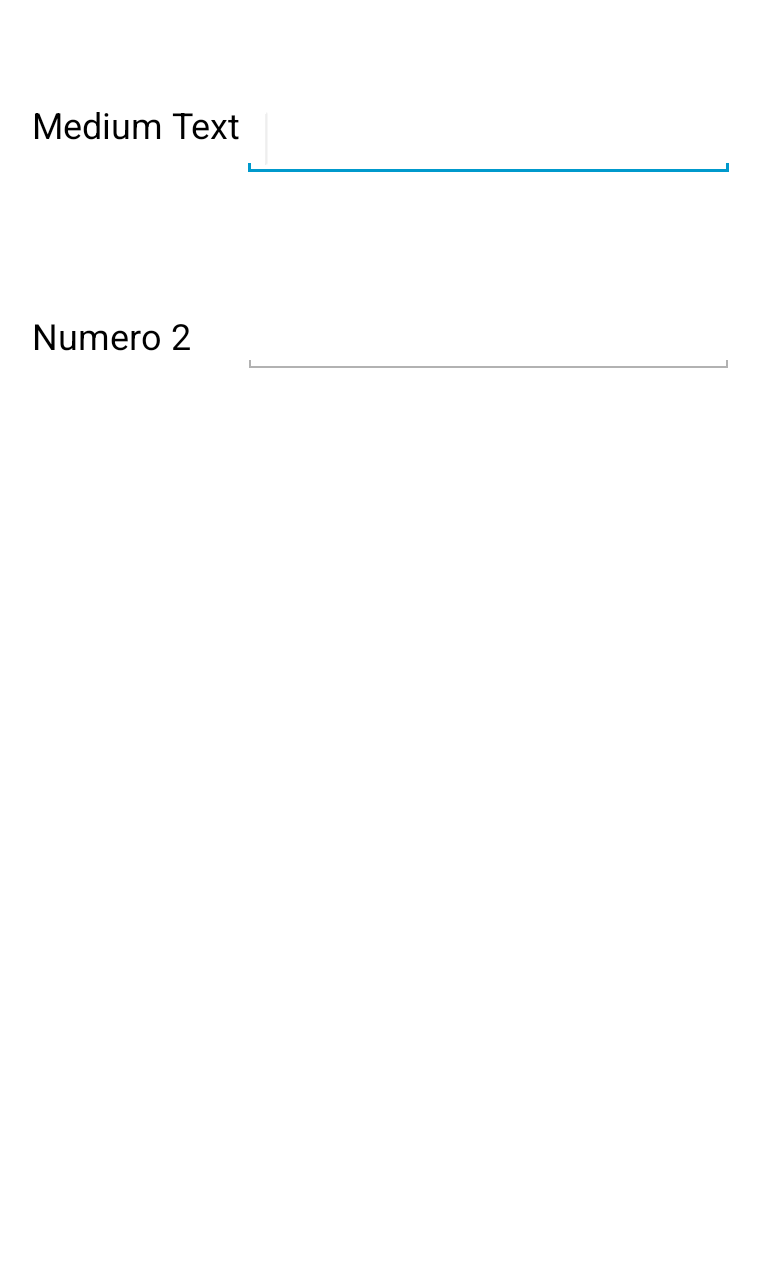
Repository: evervasquez/CursoAndroid
Layout: Precalculadora/res/layout/fragment_main.xml
An editor plug-in stored every save of this project. The layout is shown before and after the next save, followed by the edit.
It is drawn on a 768 x 1280 px phone screen (xhdpi) without system bars, with theme AppTheme; the app's code is not run.

Above is the layout before, as saved 2014-04-29 03:24:02.

After the next save:
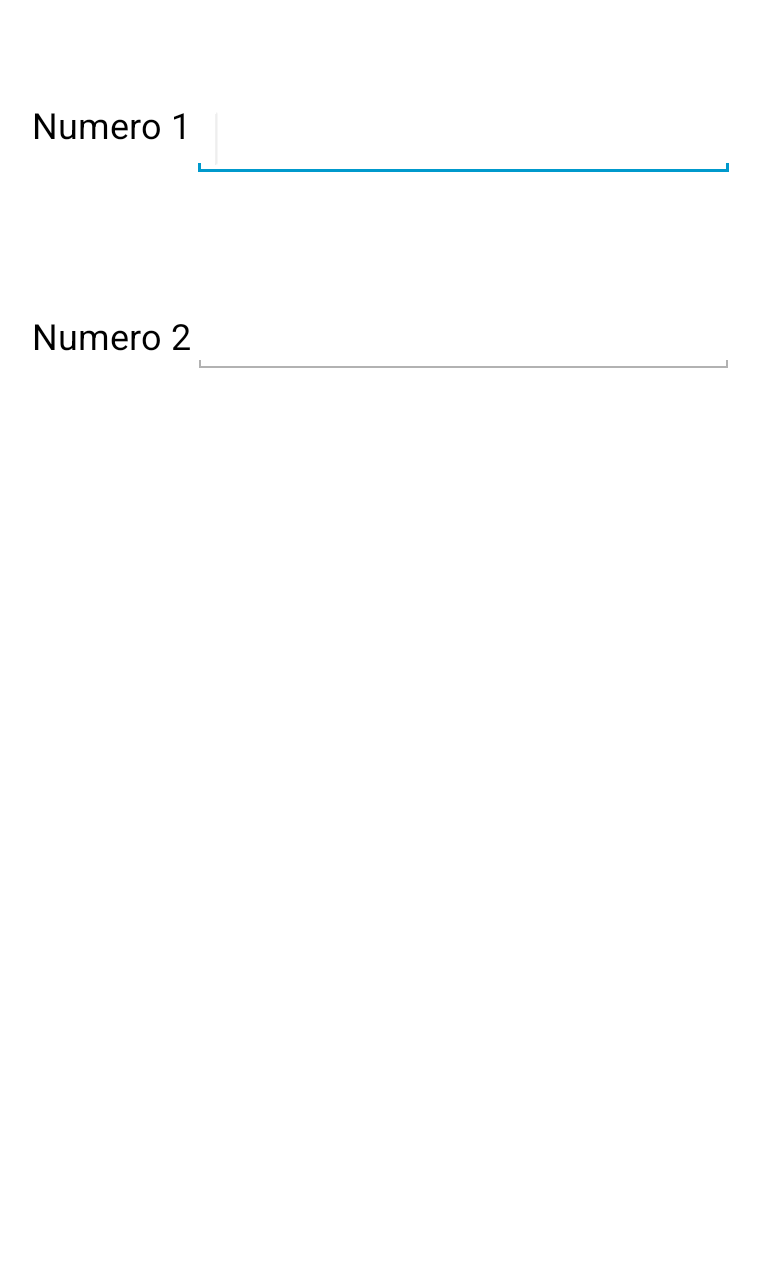
Saved 5 s later.
--- a/Precalculadora/res/layout/fragment_main.xml
+++ b/Precalculadora/res/layout/fragment_main.xml
@@ -36,7 +36,7 @@
             android:layout_alignParentLeft="true"
             android:layout_alignParentTop="true"
             android:layout_marginTop="34dp"
-            android:text="Medium Text"
+            android:text="@string/txt_num1"
             android:textAppearance="?android:attr/textAppearanceMedium" />
 
         <TextView
